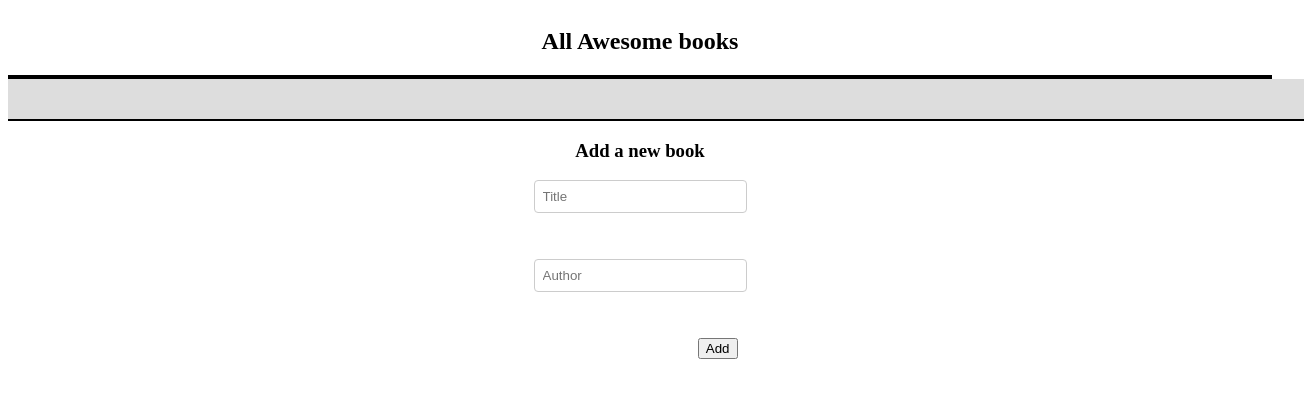
Repository: Salimer/Awesome-books
Page: index.html
The author's editor kept a copy of each file at every save. The page is drawn from the files as they stood at one save, then again after the next save.
The browser window is 1280 px wide. The page is 1304 px wide, then 1280 px, so the pictures cover 1304 px, including what lies to the right of the window. The pictures show the whole page.
The style sheet was rebuilt from its Sass, Less or Tailwind sources for each picture, by a compiler version that may differ from the author's.

Above is the page before, as saved 2023-04-25 12:09:18.

### index.html
<!DOCTYPE html>
<html lang="en">
<head>
    <meta charset="UTF-8">
    <meta http-equiv="X-UA-Compatible" content="IE=edge">
    <meta name="viewport" content="width=device-width, initial-scale=1.0">
    <link rel="stylesheet" href="style.css">
    <title>Document</title>
</head>
<body>
    <main>
        <section class="view-books">
            <h1>All Awesome books</h1>
            <article class="books">

            </article>
            <div class="underline"></div>
        </section>
            <form id="form">
                <article class="new-book">
                    <h3>Add a new book</h3>
                    <div class="input">
                        <input id="new-title" name="title" placeholder="Title"><br><br>
                        <input id="new-author" name="author" placeholder="Author"><br><br>
                    </div>
                    <button id="add-book" type="submit">Add</button>
                </article>
            </form>
    </main>

    <script src="script.js"></script>
</body>
</html>

### script.js
// the book object
const book = {
  id: '',
  title: '',
  author: '',
};

// Check local storage for books collection object
let booksCollection = JSON.parse(localStorage.getItem('books')) || [];

// Save books to local storage
function saveBooks(books) {
  localStorage.setItem('books', JSON.stringify(books));
}

// Remove an existing book function
function removeBook(id) {
  booksCollection = booksCollection.filter((obj) => obj.id !== id);
}

// Add a new book function
function addBook(title, author) {
  const newBook = Object.create(book);
  newBook.id = Date.now().toString(); // Generate unique ID based on timestamp
  newBook.title = title;
  newBook.author = author;
  booksCollection.push(newBook);
}

// View books --------------------------------------------------
function viewBooks() {
  // Remove all existing book elements from the container
  const container = document.querySelector('.books');
  while (container.firstChild) {
    container.removeChild(container.firstChild);
  }

  // Update books
  booksCollection.forEach((book) => {
    // Create the container div
    const bookInfo = document.createElement('div');
    bookInfo.className = 'book-info';
    bookInfo.innerHTML = `<p><span class="book-title">"${book.title}"</span> by <span class="book-author"> ${book.author}</span></p>`;

    // Create and append the button
    const button = document.createElement('button');
    button.className = 'remove-book';
    button.type = 'button';
    button.textContent = 'Remove';
    button.dataset.id = book.id; // Set the book ID as a data attribute
    bookInfo.appendChild(button);

    // Append the container div to the html
    container.appendChild(bookInfo);
  });

  // Update local storage
  saveBooks(booksCollection);

  // Checking all the remove-book buttons
  const removeButtons = document.querySelectorAll('.remove-book');
  removeButtons.forEach((button) => {
    button.addEventListener('click', (event) => {
      const { id } = event.target.dataset;
      removeBook(id);
      viewBooks();
    });
  });
}
// ------------------------------------------------------------

viewBooks();

// Adding new book
const addBookBtn = document.querySelector('#add-book');
addBookBtn.addEventListener('click', () => {
  const form = document.getElementById("form");
  let title = document.querySelector('#new-title').value;
    const author = document.querySelector('#new-author').value;
    addBook(title, author);
    viewBooks();
    form.reset();
});

### style.scss


.view-books {
  display: flex;
  flex-direction: column;

  h1 {
    align-self: center;
  }

  article {
    border: 2px solid black;
  }

  div {
    display: flex;
    justify-content: space-between;
    padding: 0 1rem;

    &:nth-child(odd) {
      background-color: #dddddd;
    }

    p {
      font-weight: 900;
    }

    button {
      margin: 8px 0;
    }
  }
}

.underline {
  border-bottom: 2px solid black;
  height: 40px;
  width: 100%;
  padding: 1px;
}

#form {
  display: flex;
  flex-direction: column;
  align-items: center;

  .new-book {
    display: flex;
    flex-direction: column;
    align-items: center;

    h3 {
      text-align: center;
    }

    .input {
      display: flex;
      flex-direction: column;
      align-items: center;

      input {
        padding: 8px;
        margin-bottom: 10px;
        border: 1px solid #ccc;
        border-radius: 4px;
        width: 100%;

        &:last-child {
          margin-bottom: 20px;
        }
      }
    }

    button {
      margin-left: auto;
    }
  }
}

After the next save:
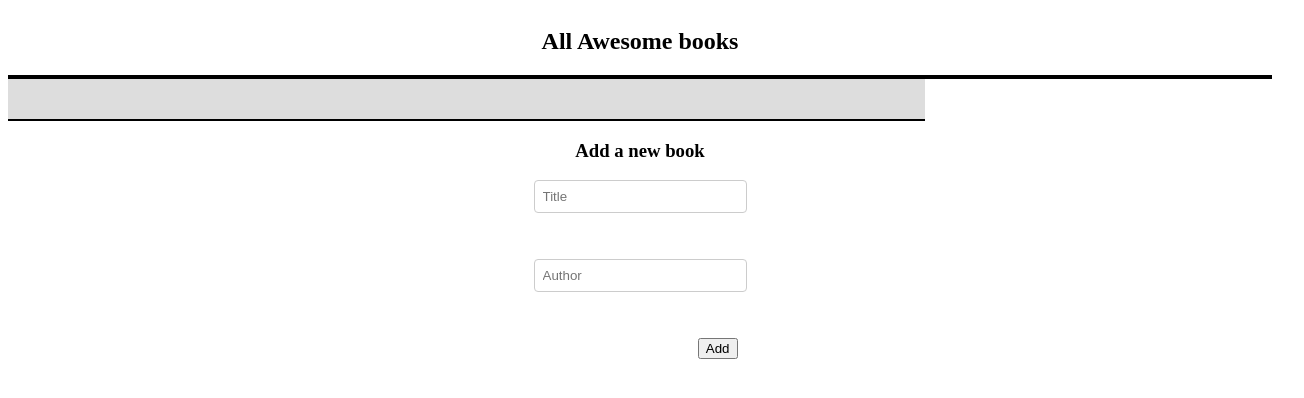
Saved 7 s later.
--- a/style.scss
+++ b/style.scss
@@ -34,7 +34,7 @@
 .underline {
   border-bottom: 2px solid black;
   height: 40px;
-  width: 100%;
+  width: 70%;
   padding: 1px;
 }
 
